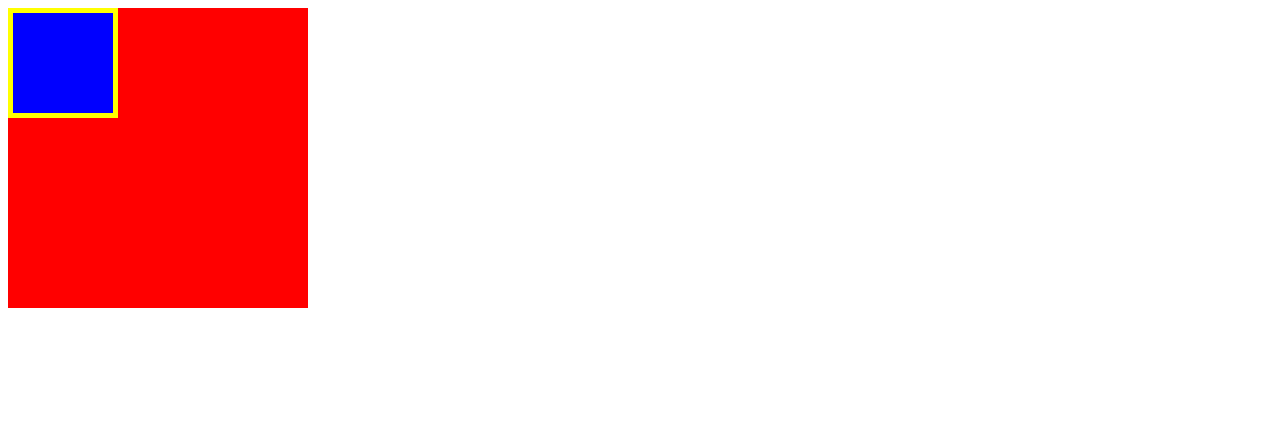
Repository: alamsamiha/html_css
Page: box/box.html
The author's editor kept a record of every edit. The page is drawn from the files as they stood at one moment, then again after the next edit.
The browser window is 1280 px wide. The pictures show the whole page.

Above is the page before.

### box/box.css
.box1 {
  width: 300px;
  height: 300px;
  background-color: red;
}

.box2{
  width: 100px;
  height: 100px;
  background-color: blue;
  border: 5px solid yellow;
}

Loaded but not shown: box/box.html (common file)

After the next edit:
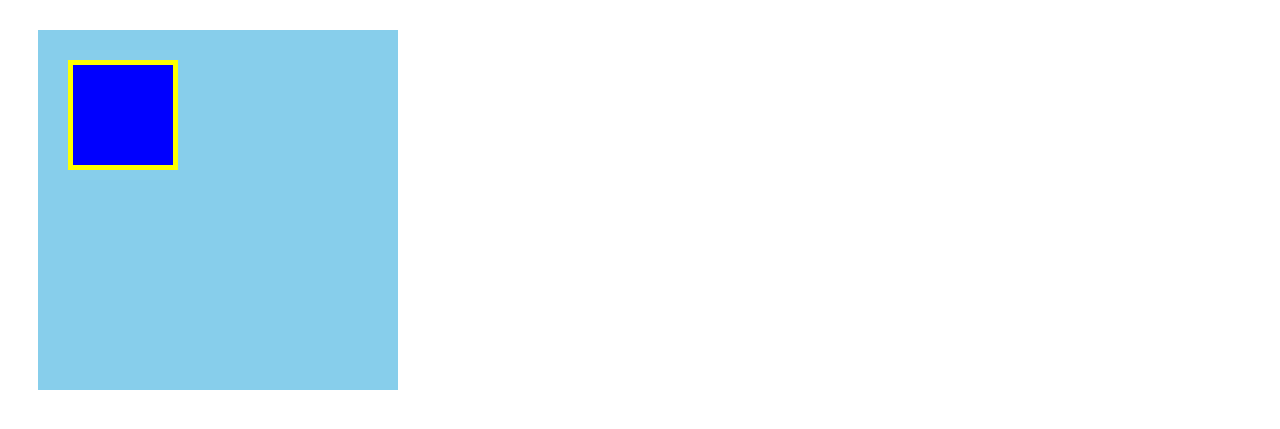
The edit:
--- a/box/box.css
+++ b/box/box.css
@@ -1,7 +1,9 @@
 .box1 {
   width: 300px;
   height: 300px;
-  background-color: red;
+  background-color: skyblue;
+  margin: 30px;
+  padding: 30px;
 }
 
 .box2{
